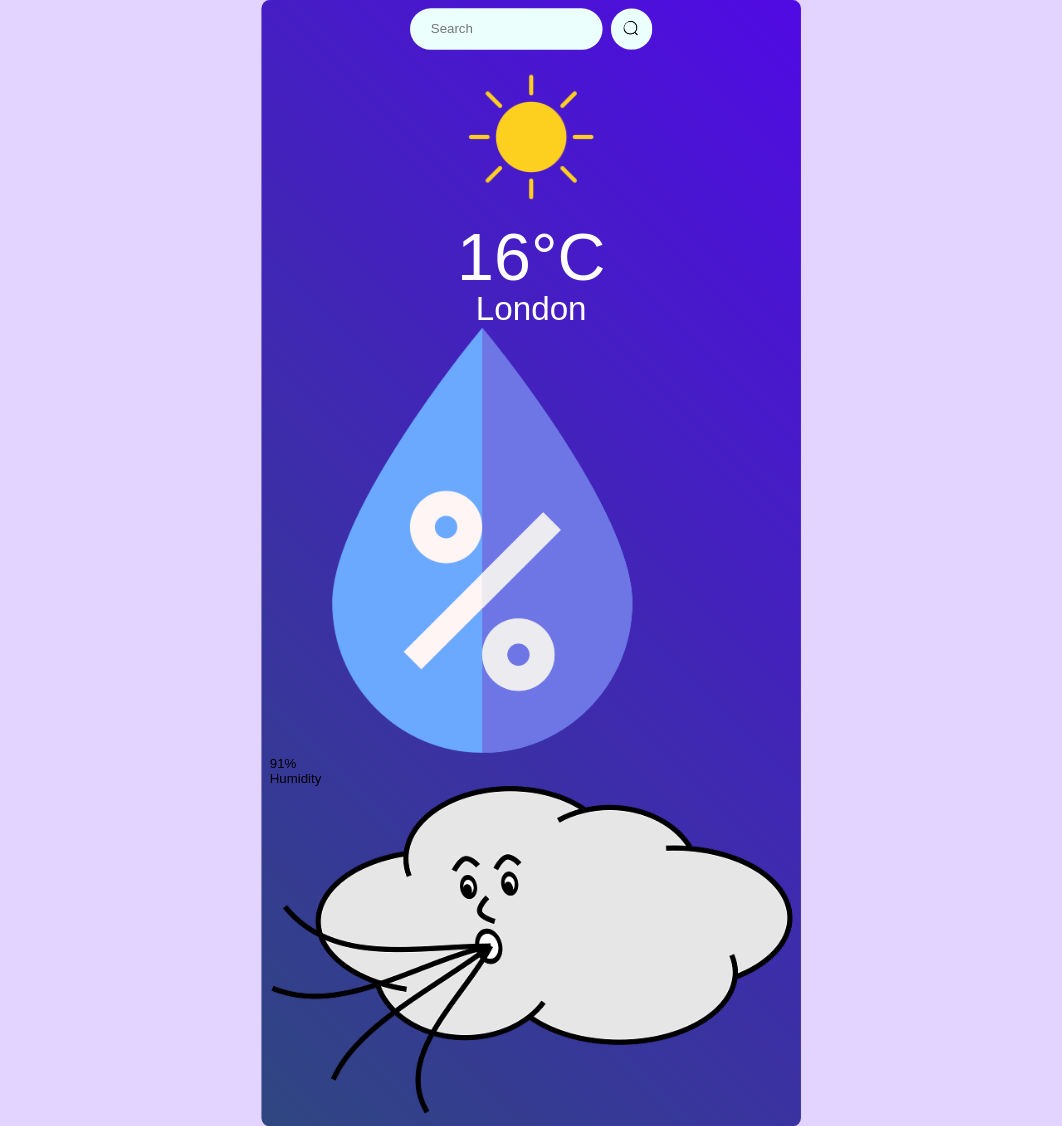
Repository: wakoya-tech/wheather-app
Page: /
These files come from the project's save history. The page is drawn as it stood at one moment and after the next save; the edit follows.
The browser window is 1280 px wide. The pictures show the whole page, at 83% of full size.
The project was rebuilt for these pictures with package versions that can differ from the ones it lists, and the page was loaded fresh each time. Also part of the build but not shown: vite.config.js, src/App.css.

Above is the page before, as saved 2025-10-18 21:11:08.

After the next save:
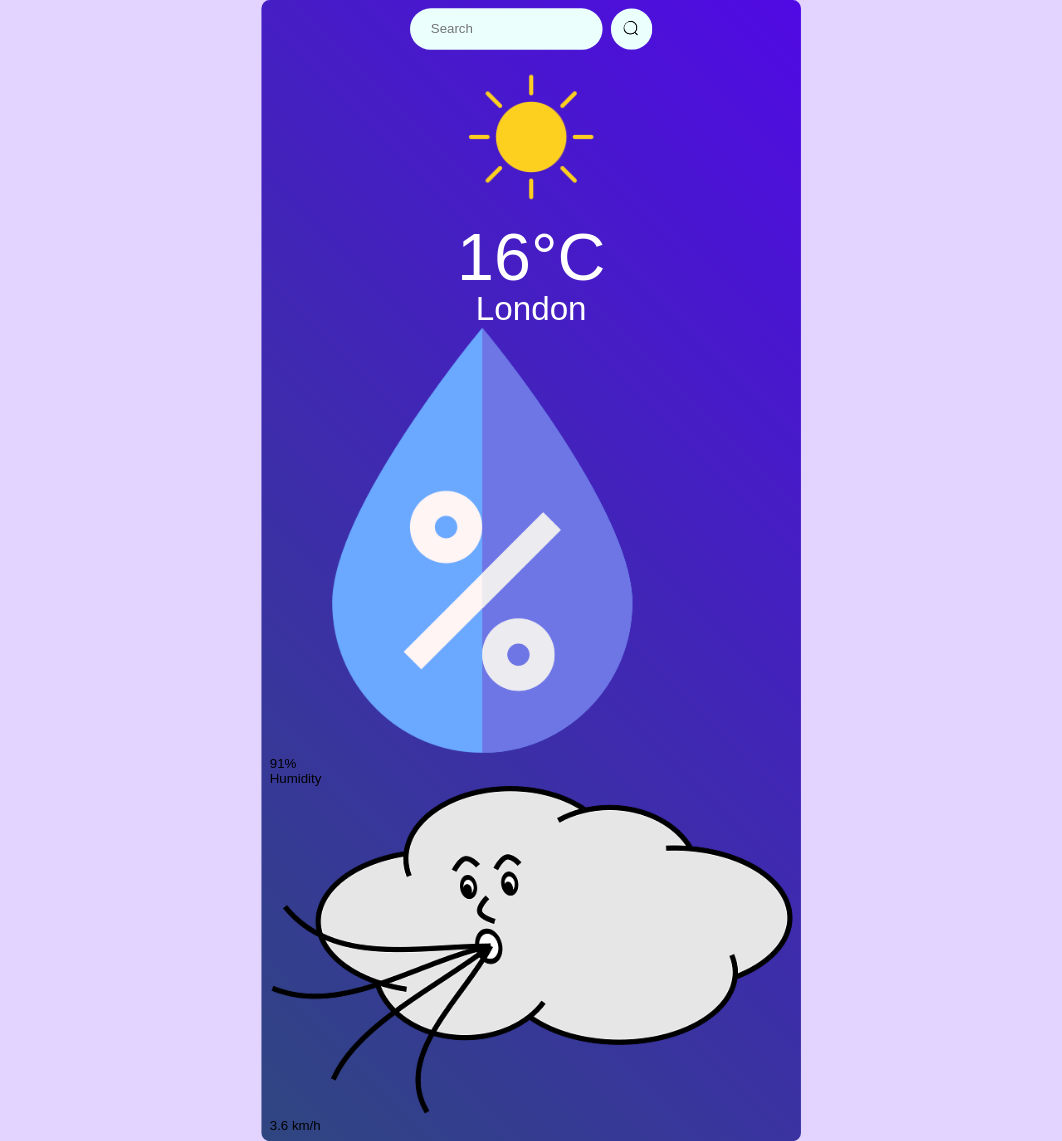
Saved 60 s later.
--- a/src/Components/Weather.jsx
+++ b/src/Components/Weather.jsx
@@ -32,6 +32,10 @@ function Weather() {
           </div>
           <div className="col">
             <img src={wind} alt="" />
+            <div>
+           <p>3.6 km/h</p>
+
+            </div>
           </div>
         </div>
     <div/>
